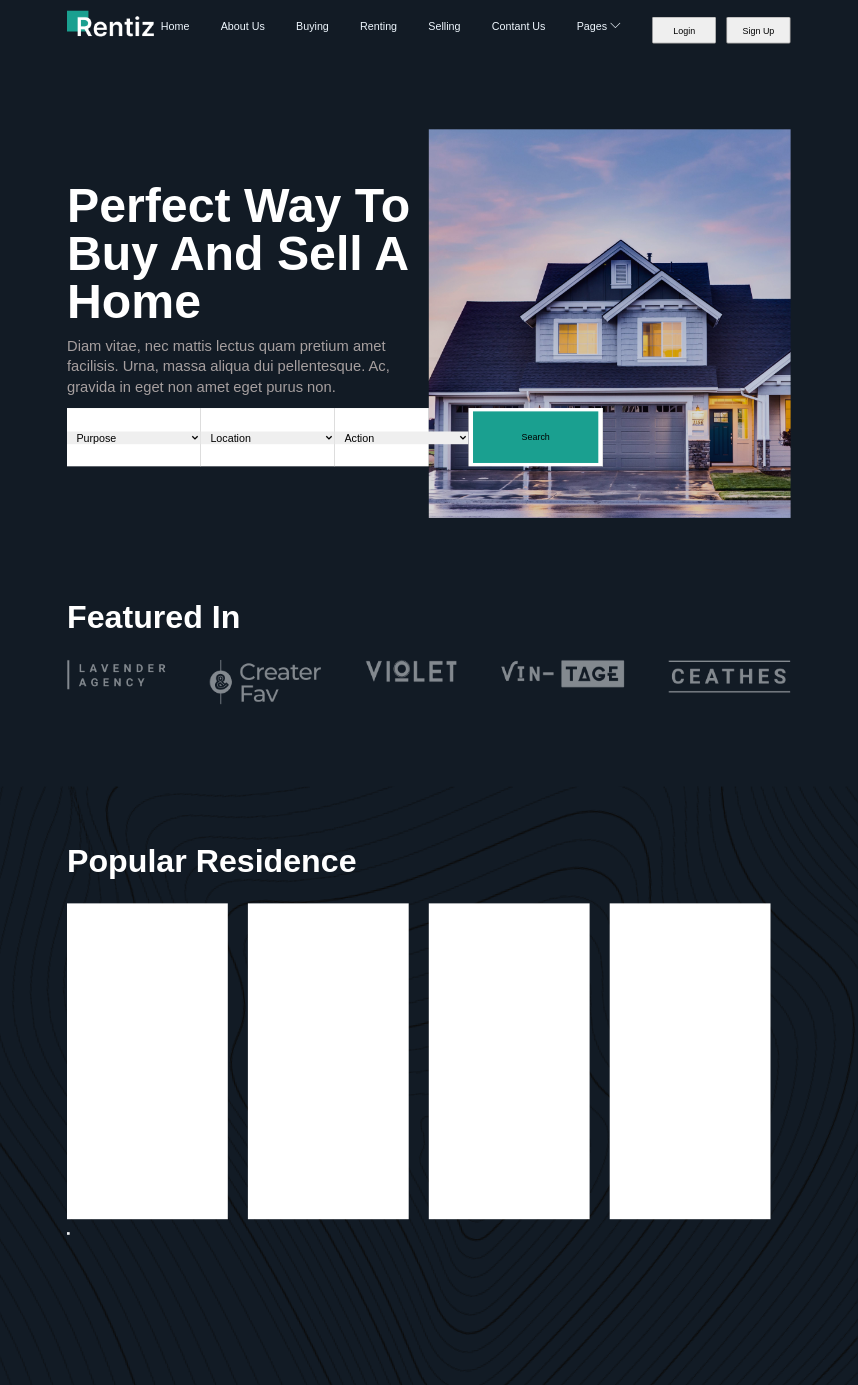
Repository: tung1233hhhhhhhhhhhhh/WebClone-Home
Page: index.html
These files come from the project's save history. The page is drawn as it stood at one moment and after the next save; the edit follows.
The browser window is 1280 px wide. The pictures show the whole page, at 67% of full size.

Above is the page before, as saved 2023-05-23 20:20:25.

### index.html
<!DOCTYPE html>
<html lang="en">

<head>
    <meta charset="UTF-8">
    <meta http-equiv="X-UA-Compatible" content="IE=edge">
    <meta name="viewport" content="width=device-width, initial-scale=1.0">
    <title>Document</title>
    <link rel="stylesheet" href="./assets/css/main.css">
    <link rel="stylesheet" href="./assets/css/root.css">
    <link rel="stylesheet" href="./assets/fonts/themify-icons/themify-icons.css">
</head>

<body>
    <div id="hearder">
        <div class="nav">
            <div class="nav-brand">
                <img src="./assets/img/logo.png" alt="">
            </div>
            <ul class="nav-list">
                <li><a href="">Home</a></li>
                <li><a href="">About Us</a></li>
                <li><a href="">Buying</a></li>
                <li><a href="">Renting</a> </li>
                <li><a href="">Selling</a> </li>
                <li><a href="">Contant Us</a> </li>
                <li><a href="">Pages
                        <i class="ti-angle-down"></i>
                    </a> </li>
                <li><button class="nav-btn-login">Login</button></li>
                <li><button class="nav-btn-signup">Sign Up</button></li>
            </ul>
        </div>
    </div>

    <!--billboard  -->

    <div id="billboard">
        <div class="container">
            <div class="main">
                <div class="billboard-text">
                    <h1>Perfect Way To Buy And Sell A Home</h1>
                    <p>Diam vitae, nec mattis lectus quam pretium amet facilisis. Urna, massa aliqua dui pellentesque.
                        Ac, gravida in eget non amet eget purus non.</p>
                    <div class="navbar-billboard">
                        <div class="container-billboard">

                            <div class="billboard-select">
                                <select name="" id="" class="form-select">
                                    <option value="">Purpose</option>
                                    <option value="">Buy</option>
                                    <option value="">Action</option>
                                    <option value="">Something else here</option>
                                </select>
                            </div>
                            <div class="billboard-select">
                                <select name="" id="" class="form-select">
                                    <option value="">Location</option>
                                    <option value="">Action</option>
                                    <option value="">Another action</option>
                                    <option value="">Something else here</option>
                                </select>
                            </div>
                            <div class="billboard-select">
                                <select name="" id="" class="form-select">
                                    <option value="">Action</option>
                                    <option value="">Another action</option>
                                    <option value="">Something else here</option>
                                    <option value="">Type</option>
                                </select>
                            </div>
                            <div class="billboard-btn">
                                <button class="btn-select">Search</button>
                            </div>
                        </div>
                    </div>
                </div>

                <div class="billboard-img"></div>

            </div>
        </div>
    </div>

    <!-- feature -->

    <div id="feature">
        <div class="container">
            <div class="feature-row">
                <h2>Featured In</h2>
            </div>
            <div class="feature-row row-logo">
                <div class="feature-logo">
                    <img src="./assets/img/logo1.png" alt="">
                </div>
                <div class="feature-logo">
                    <img src="./assets/img/logo2.png" alt="">
                </div>
                <div class="feature-logo">
                    <img src="./assets/img/logo3.png" alt="">
                </div>
                <div class="feature-logo">
                    <img src="./assets/img/logo4.png" alt="">
                </div>
                <div class="feature-logo">
                    <img src="./assets/img/logo6.png" alt="">
                </div>
            </div>
        </div>
    </div>

    <!-- residence -->

    <div id="residence">
        <div class="container">
            <h2 class="text-residence">Popular Residence</h2>
            <div class="btn-next"></div>
            <div class="btn-prev"></div>
            <div class="residence-content">
                <div class="wrapper-residence">
                    <div class="box-slide">
                        <div class="card">
                            <img src="" alt="">
                            <div class="card-text"></div>
                        </div>
                    </div>

                    <div class="box-slide">
                        <div class="card">
                            <img src="" alt="">
                            <div class="card-text"></div>
                        </div>
                    </div>

                    <div class="box-slide">
                        <div class="card">
                            <img src="" alt="">
                            <div class="card-text"></div>
                        </div>
                    </div>

                    <div class="box-slide">
                        <div class="card">
                            <img src="" alt="">
                            <div class="card-text"></div>
                        </div>
                    </div>
                </div>
            </div>
            <div class="residence-btt">
                <button></button>
            </div>
        </div>
    </div>
</body>

</html>

### assets/css/main.css
* {
    margin: 0;
    padding: 0;
    box-sizing: border-box;
}

body {
    font-family: 'Work Sans', sans-serif;
    font-weight: 400;
    font-size: 19px;
    line-height: 1.6em;
    color: var(--body-text-color);
    background-color: var(--dark-color);
}


#hearder {
    width: 100%;
    height: 73px;
    padding: 8px 0;
}

#hearder .nav {
    max-width: 1536px;
    height: 73px;
    margin: 0 100px;
    display: flex;
    justify-content: space-between;
    align-items: center;
    z-index: 10;
}

#hearder .nav-brand {
    display: inline;
}

#hearder .nav-list {
    display: flex;
    flex-direction: row;
    width: 965px;
    justify-content: space-between;
}

#hearder .nav-list li {
    display: flex;
    flex-direction: row;
    list-style: none;
    padding: 8px;
    margin-right: 24px;
}

#hearder li a {
    text-decoration: none;
    font-size: 16px;
    color: aliceblue;
}

#hearder .nav-list button {
    width: 96px;
    height: 40px;
    padding: 12px 6px;
    margin-right: -32px;
}

/* billboard */

#billboard {
    width: 100%;
    height: 586px;
    margin-top: 120px;
    margin-bottom: 80px;
}

#billboard .container {
    height: 100%;
    margin: 0 100px;
}

#billboard .main {
    display: flex;
    flex-direction: row;
    justify-content: space-between;
    align-items: center;
}

#billboard .main .billboard-text {
    width: 50%;
}

#billboard .billboard-text h1 {
    text-transform: capitalize !important;
    line-height: 1;
    margin-bottom: 1rem;
    font-size: 72px;
}

#billboard .billboard-text p {
    font-size: 22px;
    font-weight: 300;
    font-family: 'Work Sans', sans-serif;
    color: var(--light-text-color);
    margin-bottom: 1rem;
}

#billboard .navbar-billboard {
    /* min-width: 782px; */
    display: flex;
    justify-content: space-between;
    padding: 0;
    background: #fff;
}

#billboard .navbar-billboard .container-billboard {
    display: flex;
    flex-wrap: inherit;
    align-items: center;
    justify-content: space-between;
    width: 860px;
    height: 87px;
    z-index: 1;
}

.navbar-billboard .form-select {
    border: none;
    width: 100%;
    padding: 0 10px;
    font-size: 1rem;
    font-weight: 400;
}

.navbar-billboard .billboard-select,
.billboard-btn {
    height: 100%;
    border-right: 1px solid #ccc;
    line-height: 87px;
    width: 200px;
}

.navbar-billboard .billboard-btn {
    height: 100%;
    background-color: #fff;
}

.navbar-billboard .billboard-btn .btn-select {
    border: none;
    width: 94%;
    height: 89%;
    background-color: var(--accent-color);
    margin-left: 6px;
    transform: translateY(-2px);
}

#billboard .main .billboard-img {
    background: url("/assets/img/pexels-binyamin-mellish-106399\ 2.png") center / cover no-repeat;

    width: 636px;
    height: 580px;
}

/* feature */

#feature {
    height: 267px;

}

#feature .container {
    padding-top: 3rem !important;
    padding-bottom: 3rem !important;
    display: flex;
    flex-direction: column;
    margin-left: 100px;
    margin-right: 100px;
    height: 100%;
}

#feature .container .row-logo {
    display: flex;
    flex-direction: row;
    justify-content: space-between;

}

#feature .feature-row h2 {
    font-family: 'Work Sans', sans-serif;
    font-weight: 600;
    color: var(--body-text-color);
    font-size: 48px;
    margin-bottom: 48px;
}


#residence {
    width: 100%;
    height: 893px;
    background: url("/assets/img/residence.png") center / cover no-repeat;
    position: relative;
}

#residence .container {
    padding-top: 3rem !important;
    padding-bottom: 3rem !important;
    margin-top: 3rem !important;
    margin-bottom: 3rem !important;
    margin-left: 100px;
    margin-right: 100px;
    overflow: hidden;
    position: relative;

}

#residence .container .text-residence {
    padding-top: 3rem !important;
    padding-bottom: 3rem !important;
    text-transform: capitalize;
    font-size: 48px;
    font-family: 'Work Sans', sans-serif;
    font-weight: 600;
    color: var(--body-text-color);
}

#residence .wrapper-residence {
    width: 100%;
    height: 472px;
    display: flex;
    position: relative;
    z-index: 1;
    margin: 0 auto;
    overflow: hidden;
}

.wrapper-residence .box-slide {
    width: 412px;
    margin-right: 30px;
    height: 100%;
    background-color: #fff;
}

### assets/css/root.css
:root {
    --accent-color: #1AA090;
    --dark-color: #121B25;
    --grey-color: #83898F;
    --body-text-color: #FFFFFF;
    --light-text-color: #a69f9f;
    --link-color: #092035;
}

Loaded but not shown: assets/fonts/themify-icons/themify-icons.css (common file)

After the next save:
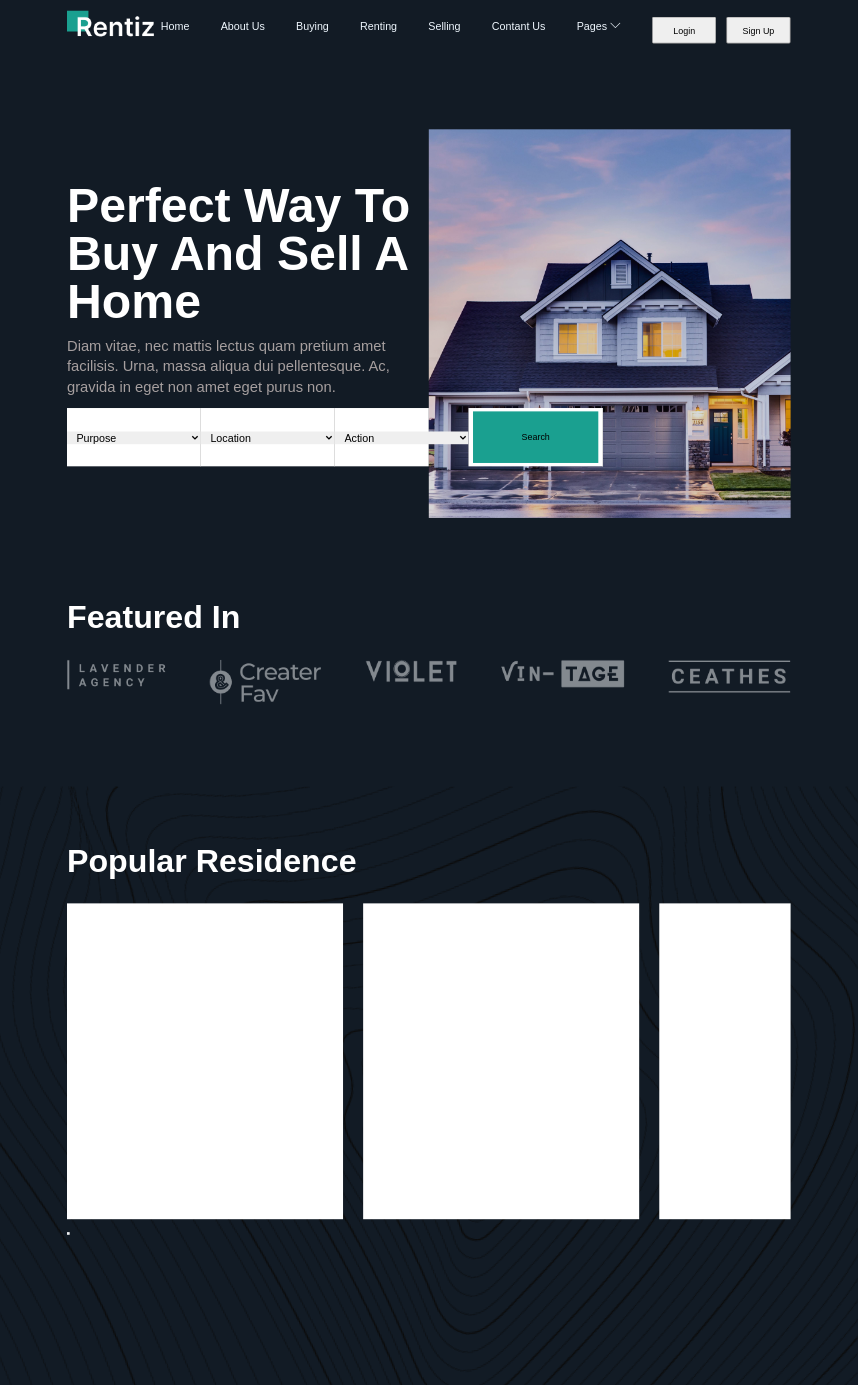
Saved 66 s later.
--- a/assets/css/main.css
+++ b/assets/css/main.css
@@ -234,4 +234,5 @@ body {
     margin-right: 30px;
     height: 100%;
     background-color: #fff;
-}
+    flex-shrink: 0;
+}
